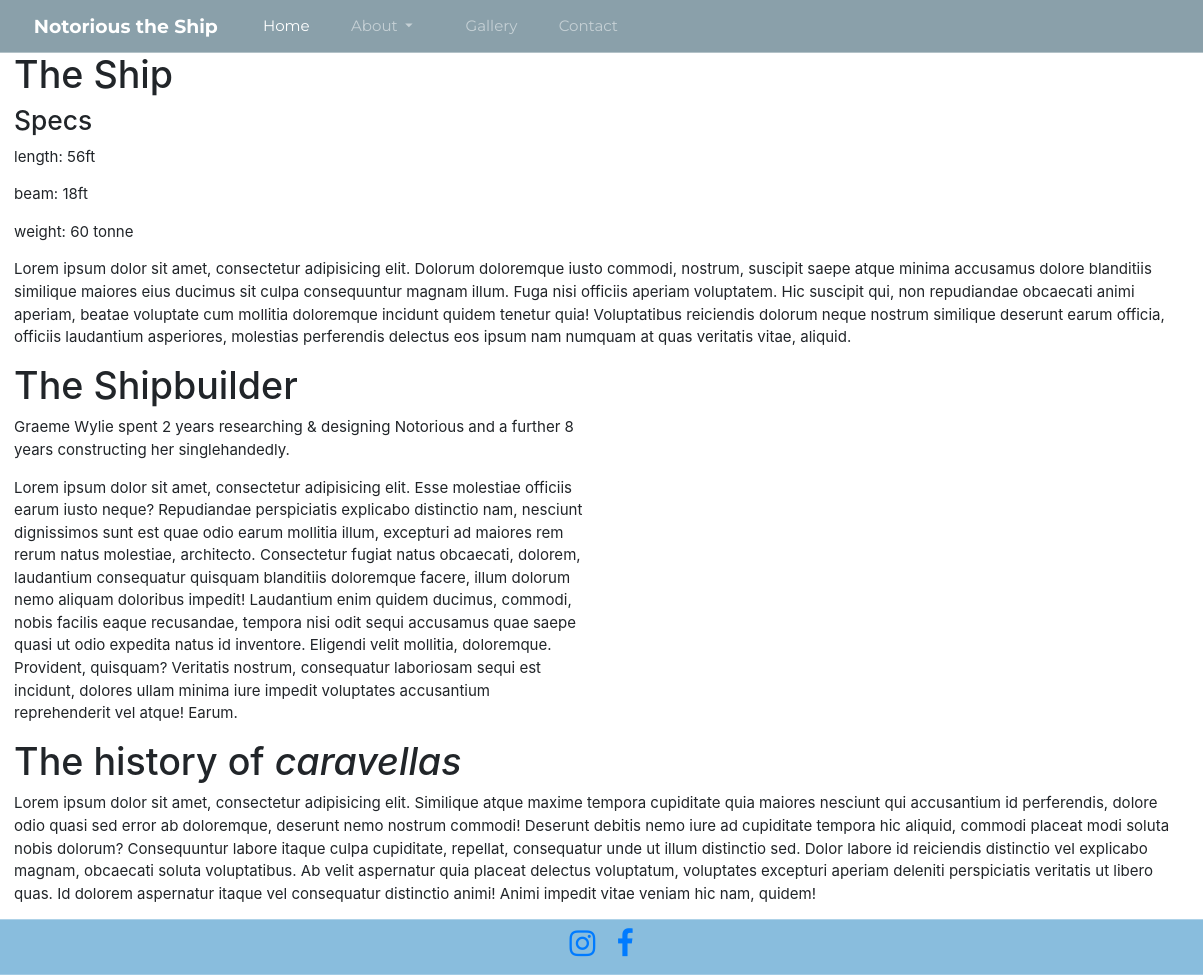
Repository: TSRose/NotorioustheShip
Page: about.html
The author's editor kept a record of every edit. The page is drawn from the files as they stood at one moment, then again after the next edit.
The browser window is 1280 px wide. The pictures show the whole page, at 94% of full size.

Above is the page before.

After the next edit:
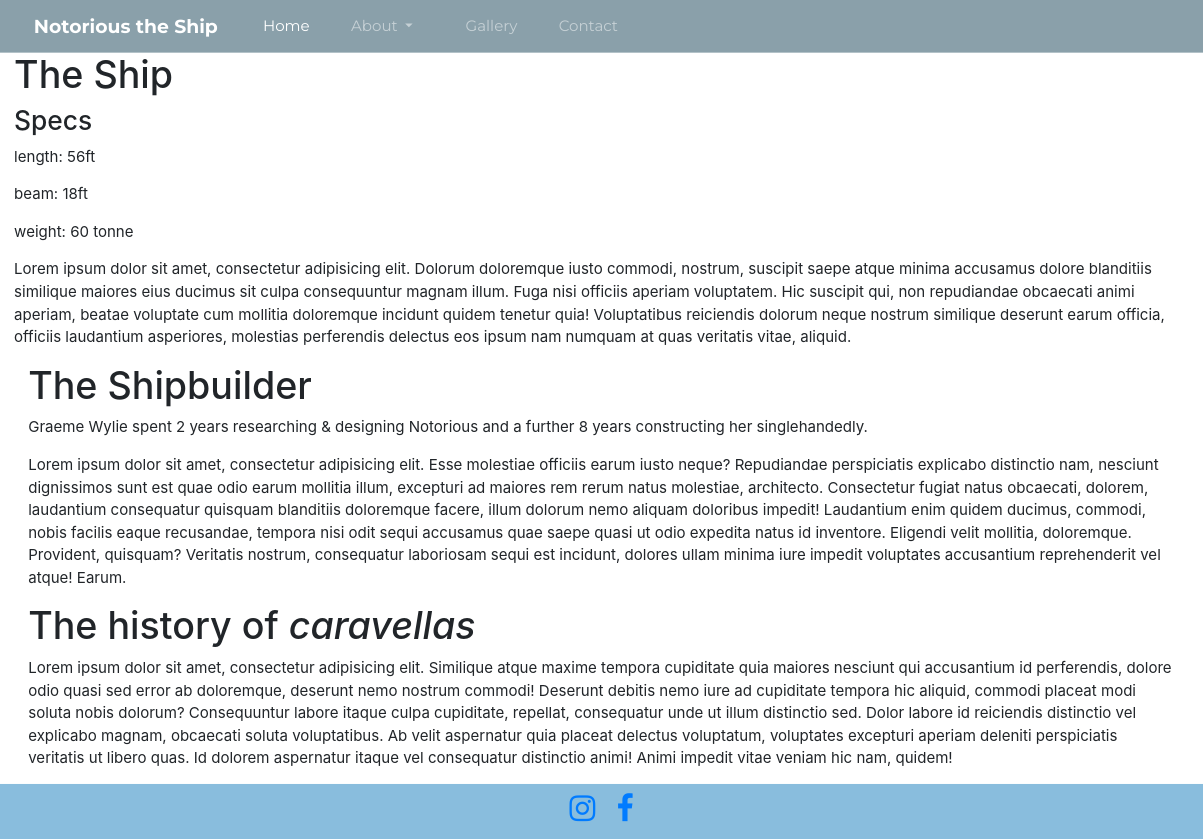
The edit:
--- a/about.html
+++ b/about.html
@@ -47,7 +47,9 @@
                 <p>Lorem ipsum dolor sit amet, consectetur adipisicing elit. Dolorum doloremque iusto commodi, nostrum, suscipit saepe atque minima accusamus dolore blanditiis similique maiores eius ducimus sit culpa consequuntur magnam illum. Fuga nisi officiis aperiam voluptatem. Hic suscipit qui, non repudiandae obcaecati animi aperiam, beatae voluptate cum mollitia doloremque incidunt quidem tenetur quia! Voluptatibus reiciendis dolorum neque nostrum similique deserunt earum officia, officiis laudantium asperiores, molestias perferendis delectus eos ipsum nam numquam at quas veritatis vitae, aliquid.</p>
             </div>
         </div>
-        <div class="col-6">
+        </div>
+        <div class="article-container"></div>
+        <div class="col-12">
             <div class="thebuilder">
                 <h1>The Shipbuilder</h1>
                 <p>Graeme Wylie spent 2 years researching & designing Notorious and a further 8 years constructing her singlehandedly. </p>
